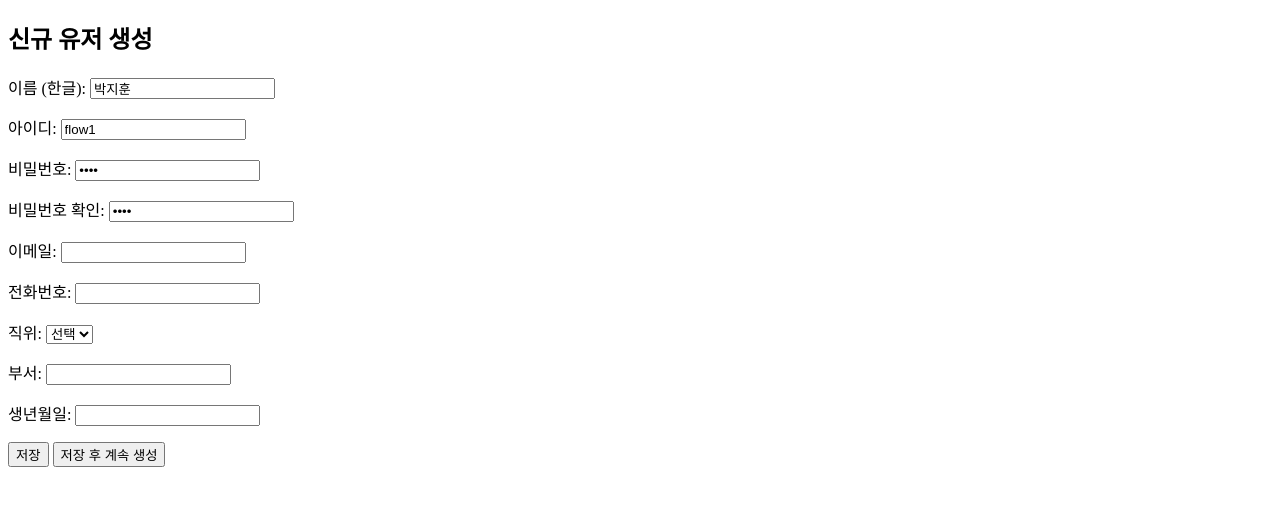
Repository: devgolol/Flow
Page: http://localhost/coretime/WEB-INF/views/userForm.jsp
The author's editor kept a copy of each file at every save. The page is drawn from the files as they stood at one save, then again after the next save.
The browser window is 1280 px wide. The pictures show the whole page.
The page is served by Tomcat 9. Nobody is signed in. Other server files are loaded and not shown. The template is opened directly, without the code that normally fills it, so the values that code supplies are empty.

Above is the page before, as saved 2025-06-30 06:15:57.

### coretime/src/main/webapp/WEB-INF/views/userForm.jsp
<%@ page language="java" contentType="text/html; charset=UTF-8"
	pageEncoding="UTF-8"%>
<%@ taglib uri="http://www.springframework.org/tags/form" prefix="form"%>
<!DOCTYPE html>
<html>
<head>
<meta charset="UTF-8">
<title>Insert title here</title>
</head>
<body>
<body>
<h2>신규 유저 생성</h2>
<form:form modelAttribute="user" method="post" action="/users/insert">
	<p>이름 (한글): <form:input path="name" value= "박지훈"/></p>
    <p>아이디: <form:input path="id" value= "flow1"/></p>
    <p>비밀번호: <form:password path="password" value= "1234"/></p>
    <p>비밀번호 확인: <form:password path="confirmPassword" value= "1234"/></p>
    <p>이메일: <form:input path="email"/></p>
    <p>전화번호: <form:input path="tel"/></p>
    <p>직위:
        <form:select path="rank">
            <form:option value="">선택</form:option>
            <form:option value="사원">사원</form:option>
            <form:option value="대리">대리</form:option>
            <form:option value="과장">과장</form:option>
            <form:option value="차장">차장</form:option>
            <form:option value="부장">부장</form:option>
        </form:select>
    </p>
    <p>부서: <form:input path="department"/></p>
    <p>생년월일: <form:input path="birth"/></p>

    <p>
        <button type="submit">저장</button>
        <button type="submit" formaction="/users/saveAndContinue">저장 후 계속 생성</button>
    </p>
</form:form>
</body>
</body>
</html>

After the next save:
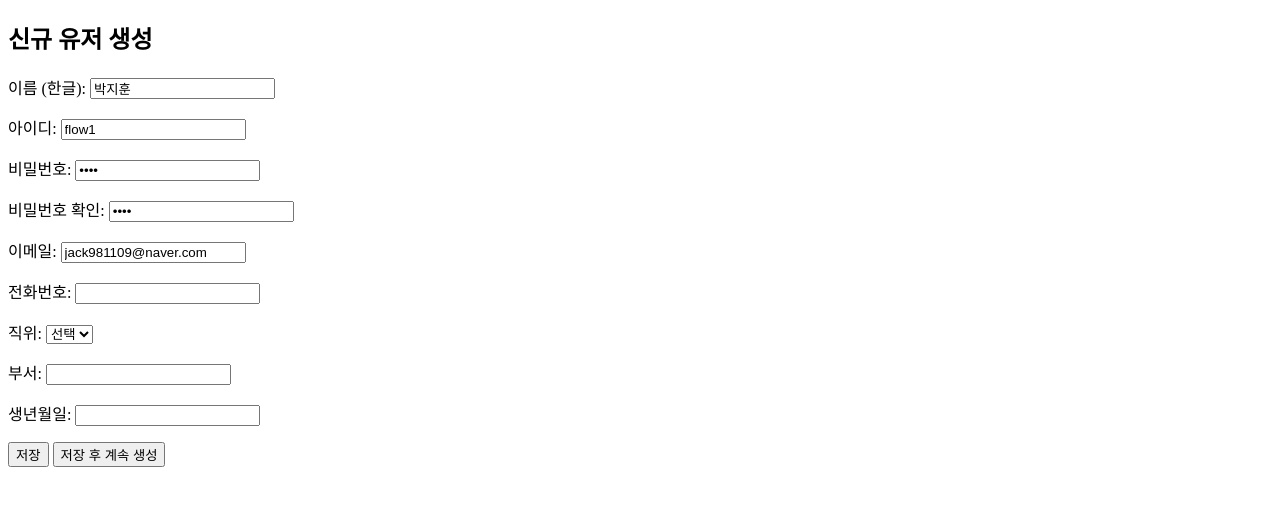
Saved 5 s later.
--- a/coretime/src/main/webapp/WEB-INF/views/userForm.jsp
+++ b/coretime/src/main/webapp/WEB-INF/views/userForm.jsp
@@ -15,7 +15,7 @@
     <p>아이디: <form:input path="id" value= "flow1"/></p>
     <p>비밀번호: <form:password path="password" value= "1234"/></p>
     <p>비밀번호 확인: <form:password path="confirmPassword" value= "1234"/></p>
-    <p>이메일: <form:input path="email"/></p>
+    <p>이메일: <form:input path="email" value= "jack981109@naver.com"/></p>
     <p>전화번호: <form:input path="tel"/></p>
     <p>직위:
         <form:select path="rank">
